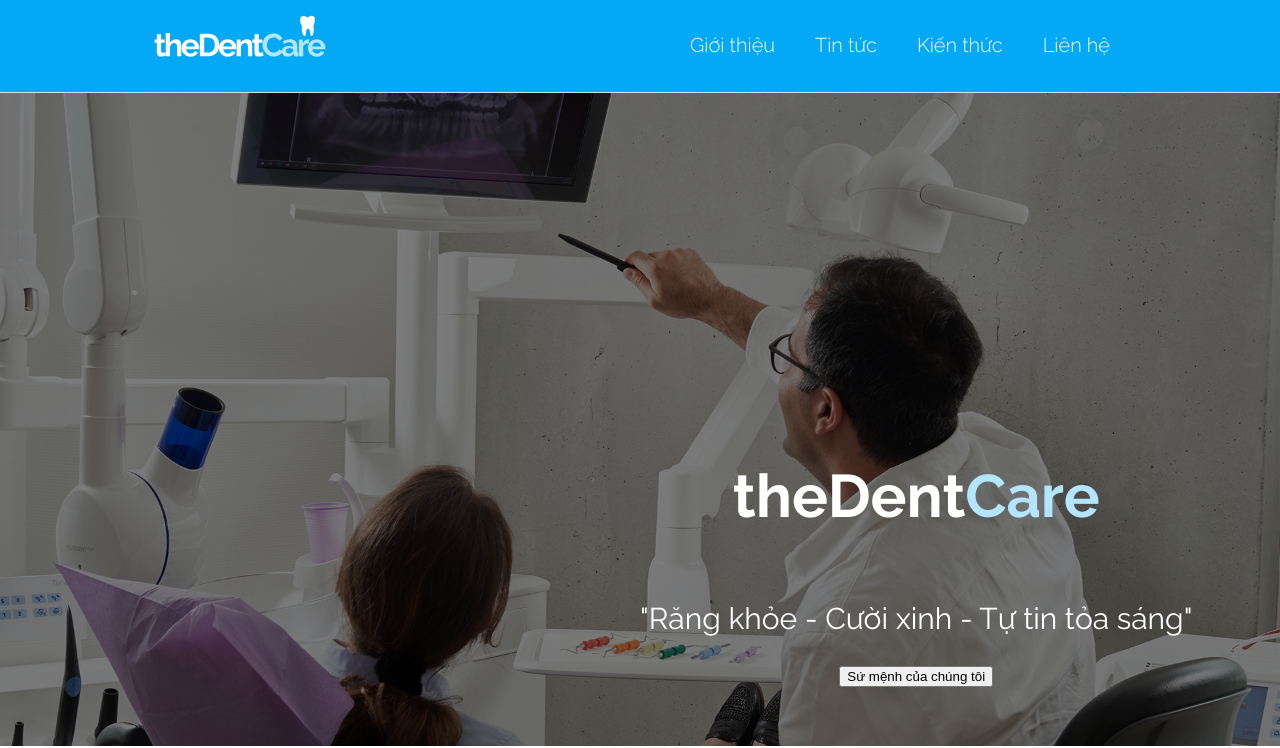
Repository: vantoan19/theDentCare
Page: / (app in theDentalCare/the-dental-care/)
These files come from the project's save history. The page is drawn as it stood at one moment and after the next save; the edit follows.
The browser window is 1280 px wide. The pictures show the whole page.
The project was rebuilt for these pictures with package versions that can differ from the ones it lists, and the page was loaded fresh each time. The framework's server and built-in components were replaced by stand-ins that run in the browser.

Above is the page before, as saved 2022-09-22 02:06:09.

After the next save:
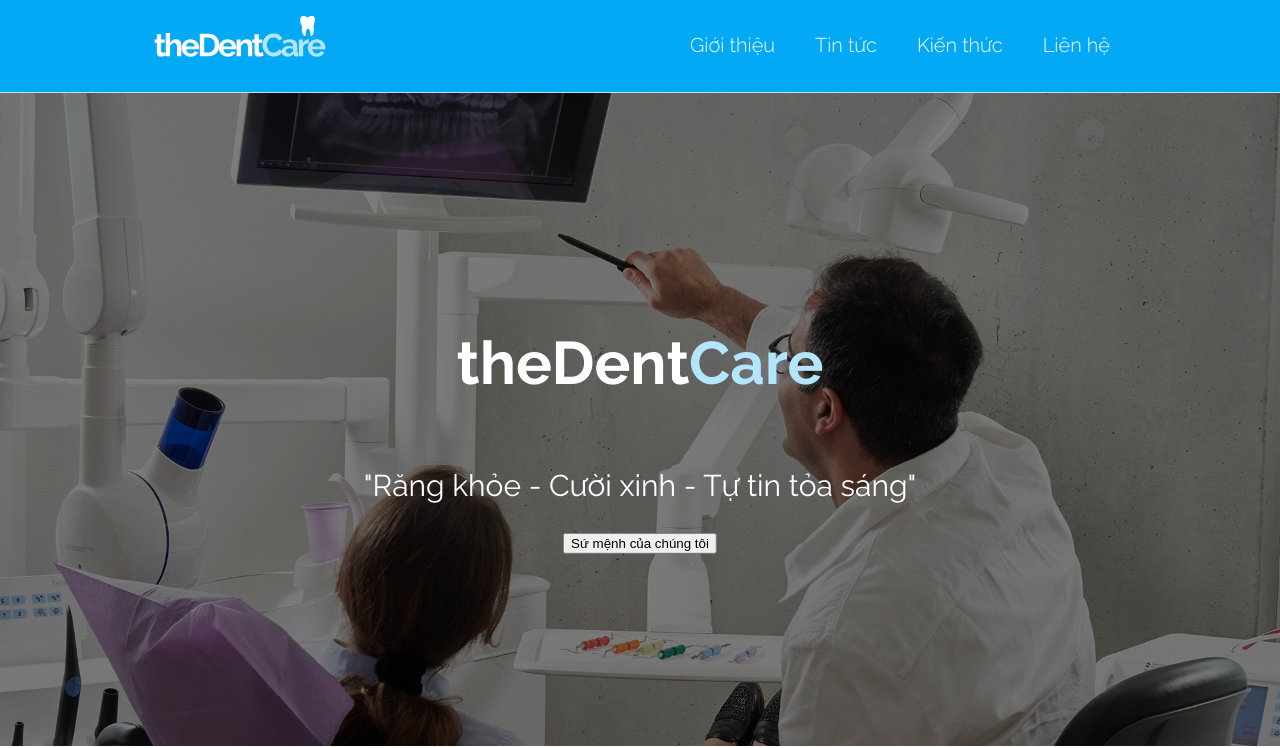
Saved 6 s later.
--- a/theDentalCare/the-dental-care/pages/index.js
+++ b/theDentalCare/the-dental-care/pages/index.js
@@ -28,7 +28,7 @@
   position: absolute;
   top: 50%;
   left: 50%;
-  transform: translateX(-50%, -50%);
+  transform: translate(-50%, -50%);
   display: flex;
   flex-direction: column;
   align-items: center;
